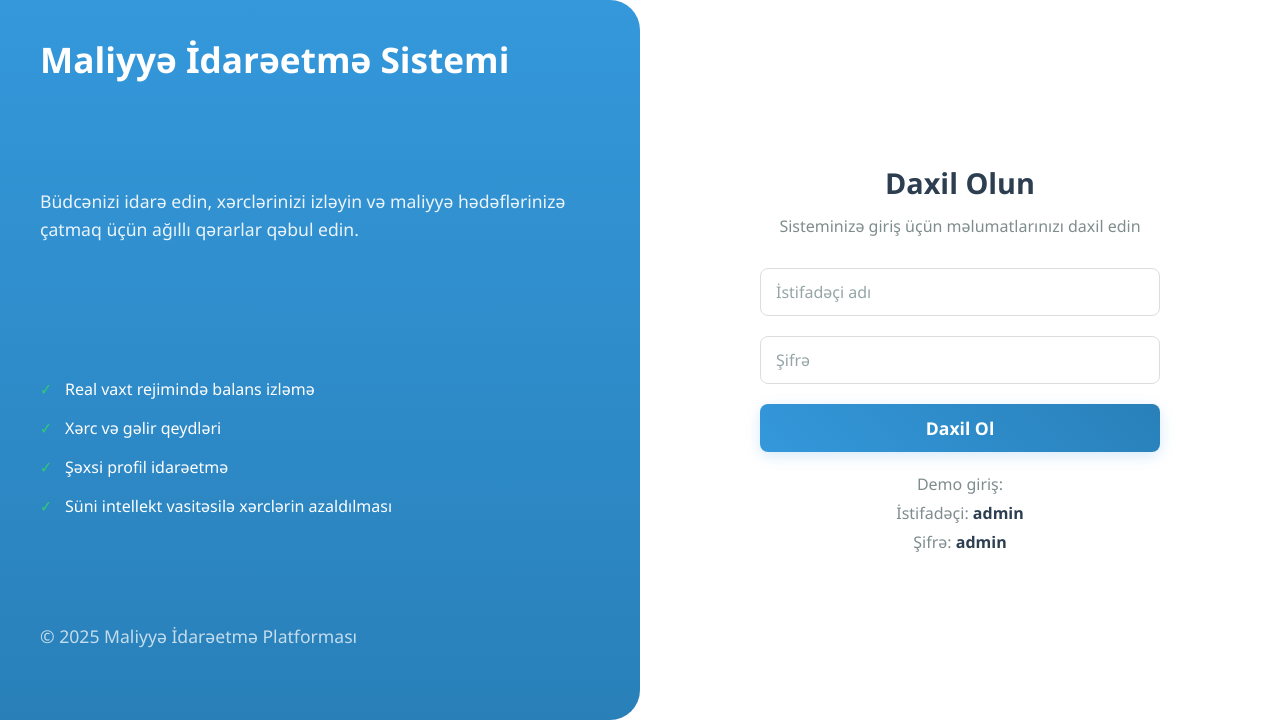
Repository: ferhadsultan98/financialmanagement
Page: /login
The author's editor kept a copy of each file at every save. The page is drawn from the files as they stood at one save, then again after a run of saves.
The browser window is 1280 px wide. The pictures show the whole page.
The project was rebuilt for these pictures with package versions that can differ from the ones it lists, and the page was loaded fresh each time. Also part of the build but not shown: vite.config.js, src/Styles/Sidebar.scss, src/Components/Sidebar/Navbar.jsx, src/Components/Sidebar/ProfileModal.jsx, src/Components/Sidebar/Sidebar.jsx, src/Components/Layout/MainLayout.jsx, src/Pages/Home/Home.jsx, src/Pages/AddExpense/AddExpense.jsx and 2 more.

Above is the page before, as saved 2025-03-24 00:08:35.

After the next 2 saves:
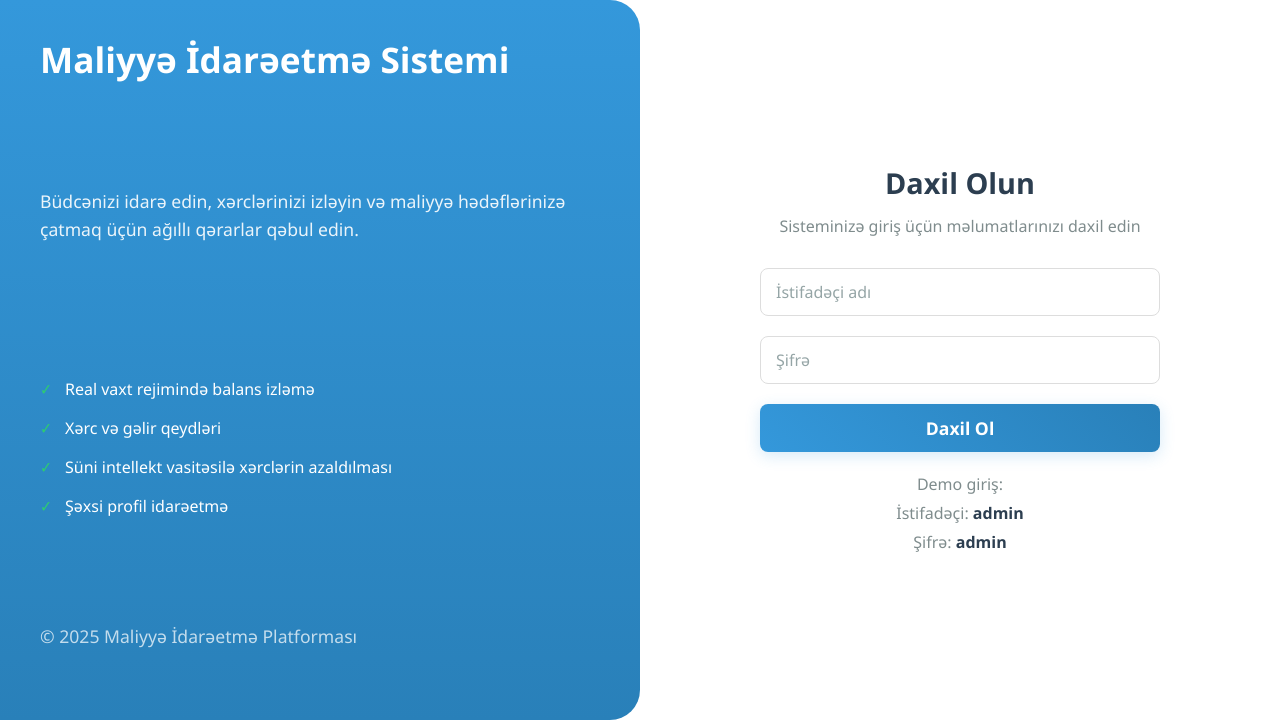
The 2 saves are shown as one change because they came seconds apart.
The last was saved 22 s later.
--- a/src/Components/Login/Login.jsx
+++ b/src/Components/Login/Login.jsx
@@ -35,8 +35,9 @@ const Login = () => {
           <ul>
             <li>Real vaxt rejimində balans izləmə</li>
             <li>Xərc və gəlir qeydləri</li>
+
+            <li>Süni intellekt vasitəsilə xərclərin azaldılması</li>
             <li>Şəxsi profil idarəetmə</li>
-            <li>Süni intellekt vasitəsilə xərclərin azaldılması</li>
           </ul>
           <div className="login-left-footer">
             <p>© 2025 Maliyyə İdarəetmə Platforması</p>
